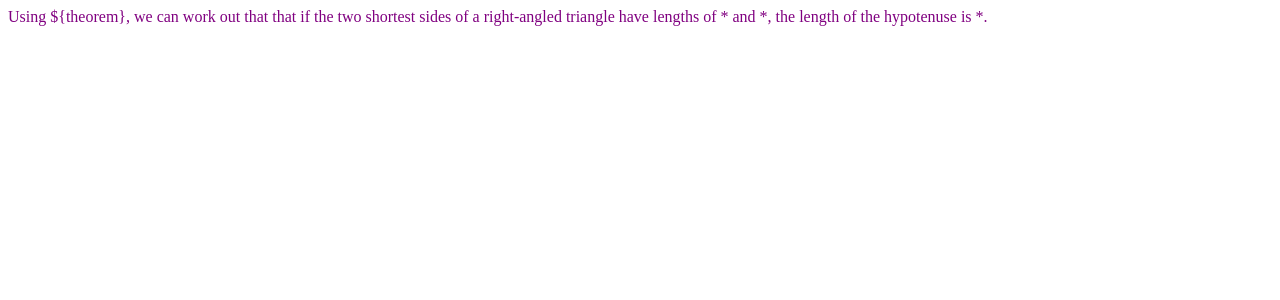
Repository: ctcoleman/learning-area
Page: javascript/introduction-to-js-1/tasks/strings/strings4-download.html
The author's editor kept a copy of each file at every save. The page is drawn from the files as they stood at one save, then again after the next save.
The browser window is 1280 px wide. The pictures show the whole page.

Above is the page before, as saved 2020-06-25 11:57:36.
Not found: javascript/introduction-to-js-1/tasks/styles.css

After the next save:
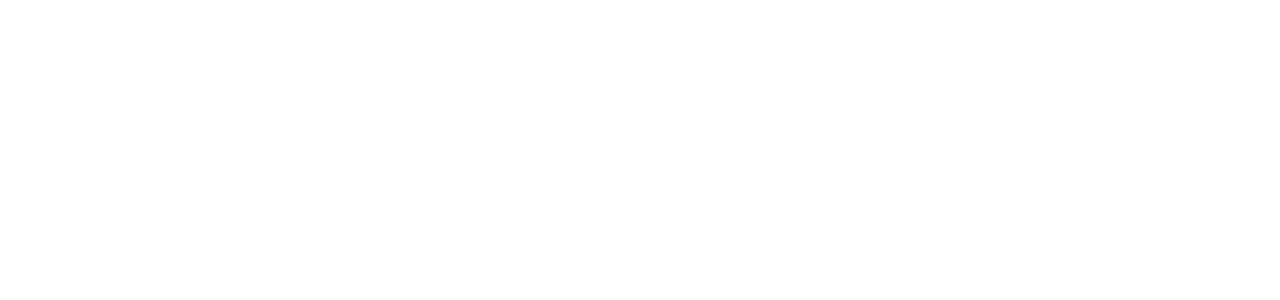
Console error: SyntaxError: Unexpected end of input
Saved 4 s later.
--- a/javascript/introduction-to-js-1/tasks/strings/strings4-download.html
+++ b/javascript/introduction-to-js-1/tasks/strings/strings4-download.html
@@ -32,7 +32,7 @@
     let a = 5;
     let b = 8;
 
-    let myString = 'Using ${theorem}, we can work out that that if the two shortest sides of a right-angled triangle have lengths of * and *, the length of the hypotenuse is *.';
+    let myString = `Using ${theorem}, we can work out that that if the two shortest sides of a right-angled triangle have lengths of * and *, the length of the hypotenuse is *.';
 
 
     // Don't edit the code below here!

After the save that followed:
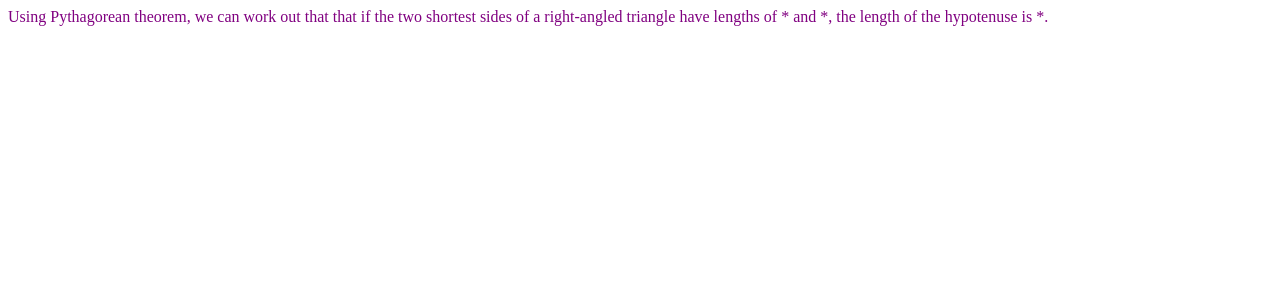
The error is gone.
Saved 7 s later.
--- a/javascript/introduction-to-js-1/tasks/strings/strings4-download.html
+++ b/javascript/introduction-to-js-1/tasks/strings/strings4-download.html
@@ -32,7 +32,7 @@
     let a = 5;
     let b = 8;
 
-    let myString = `Using ${theorem}, we can work out that that if the two shortest sides of a right-angled triangle have lengths of * and *, the length of the hypotenuse is *.';
+    let myString = `Using ${theorem}, we can work out that that if the two shortest sides of a right-angled triangle have lengths of * and *, the length of the hypotenuse is *.`;
 
 
     // Don't edit the code below here!
